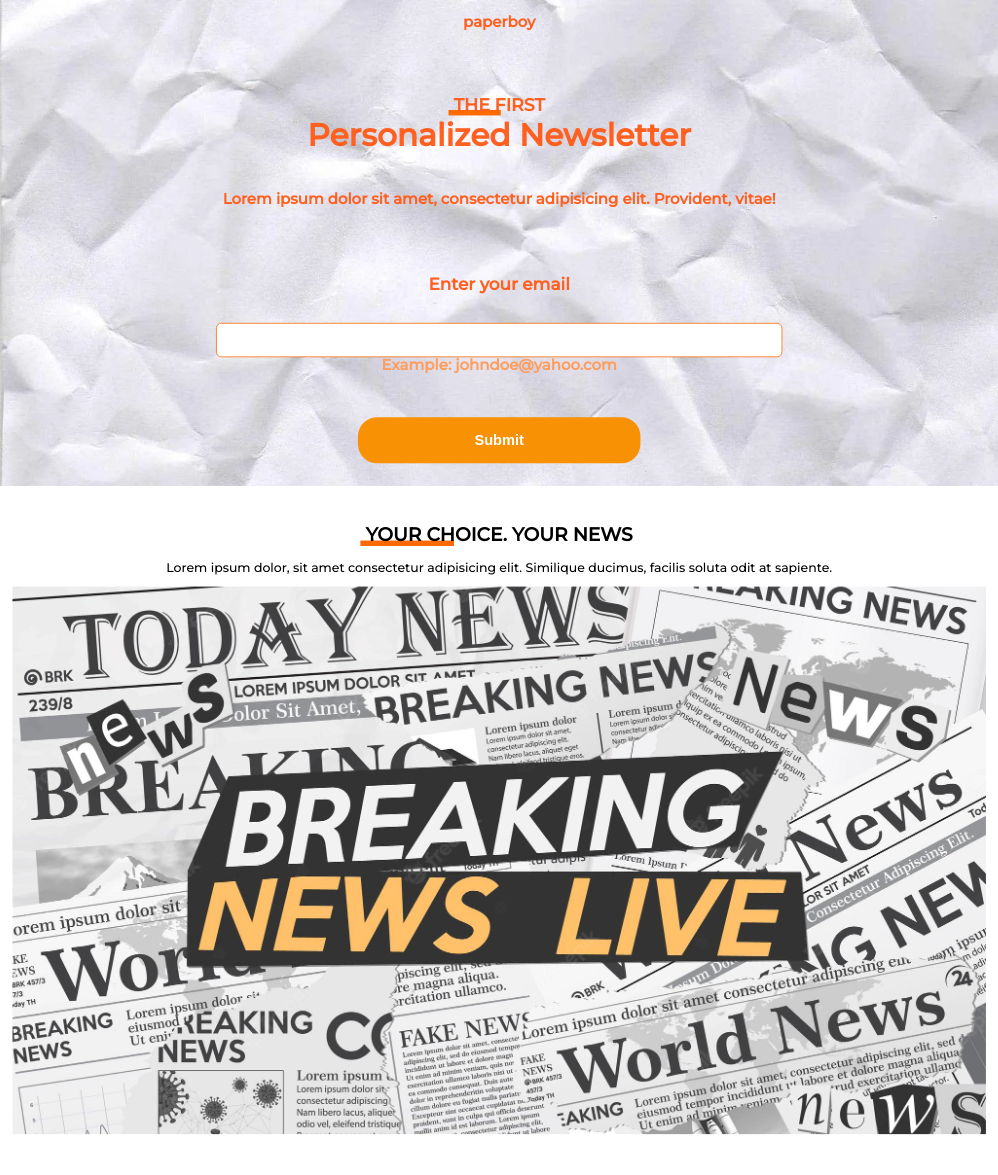
Repository: Gionnn/proiecte
Page: index.html
An editor plug-in stored every save of this project. The page is shown before and after the next save, followed by the edit.
The browser window is 1280 px wide. The pictures show the whole page, at 78% of full size.

Above is the page before, as saved 2022-11-28 14:34:13.

After the next save:
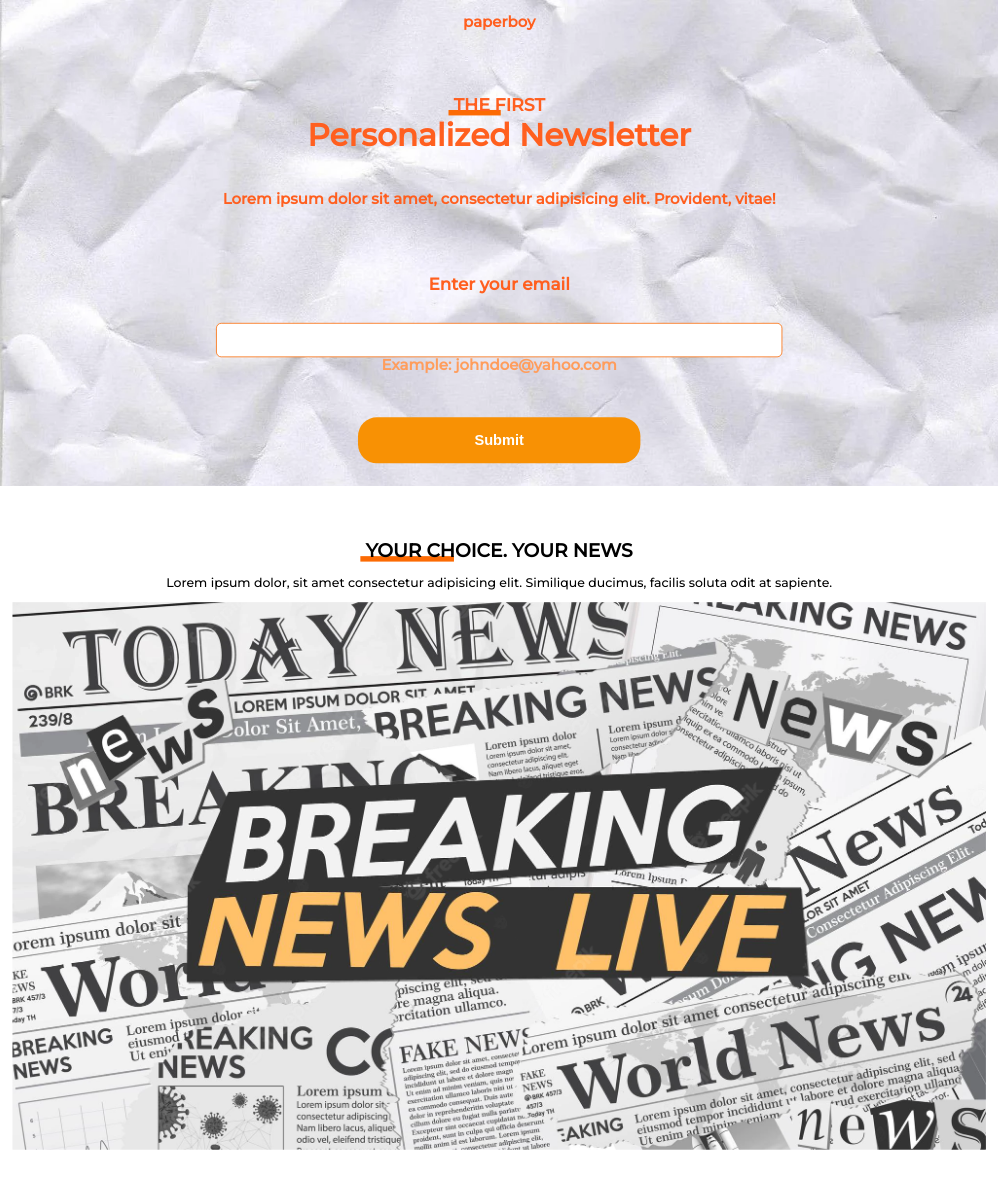
Saved 101 s later.
--- a/css/main.css
+++ b/css/main.css
@@ -137,4 +137,8 @@ p {
 }
 
 @media (min-width: 930px) {
+  .bottom {
+    display: grid;
+    grid-template-columns: repeat(2);
+  }
 }
